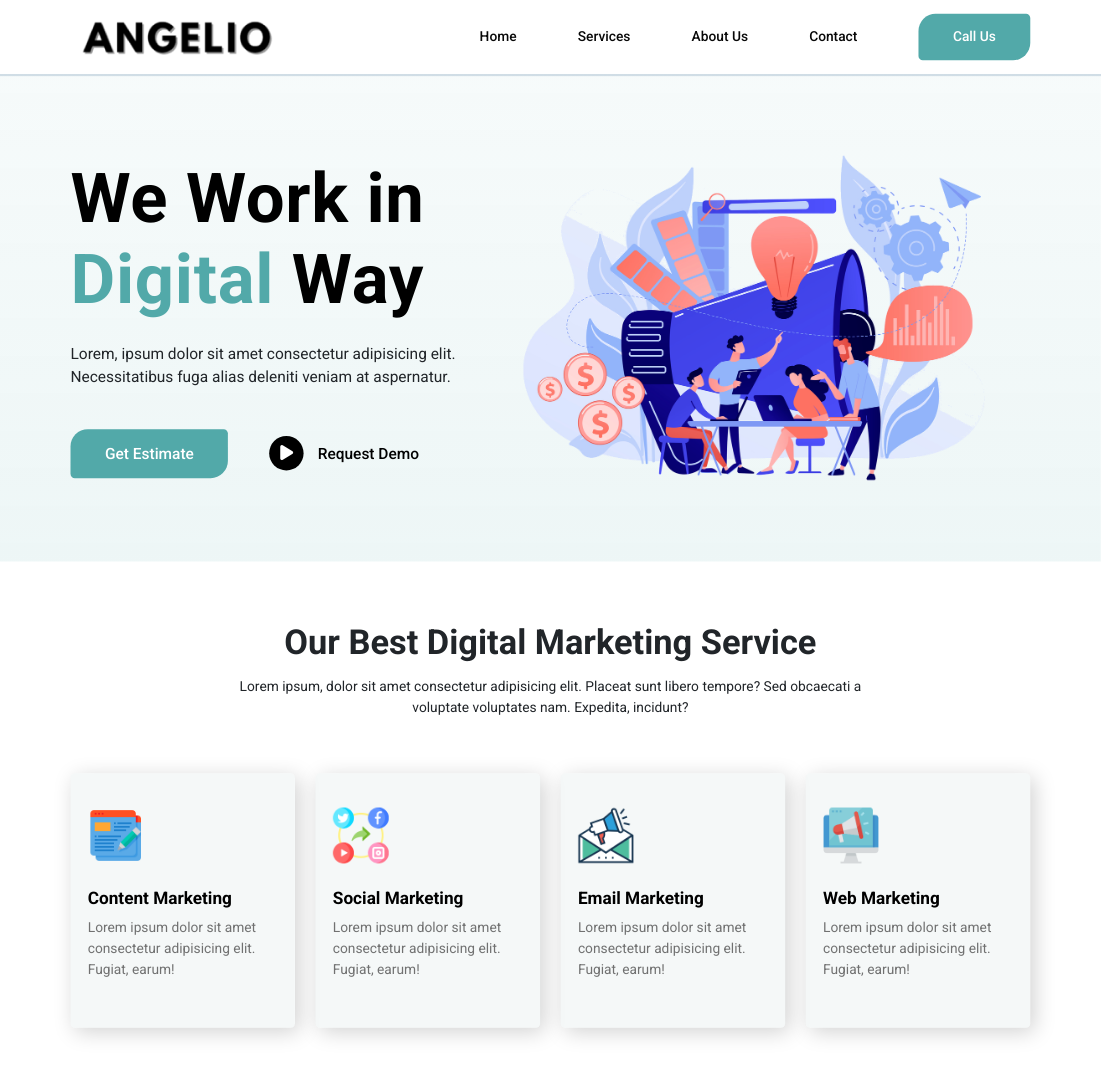
Repository: nazmulalok/landing-page-angelio
Page: index.html
The author's editor kept a copy of each file at every save. The page is drawn from the files as they stood at one save, then again after the next save.
The browser window is 1280 px wide. The pictures show the whole page, at 86% of full size.

Above is the page before, as saved 2022-09-11 00:12:41.

After the next save:
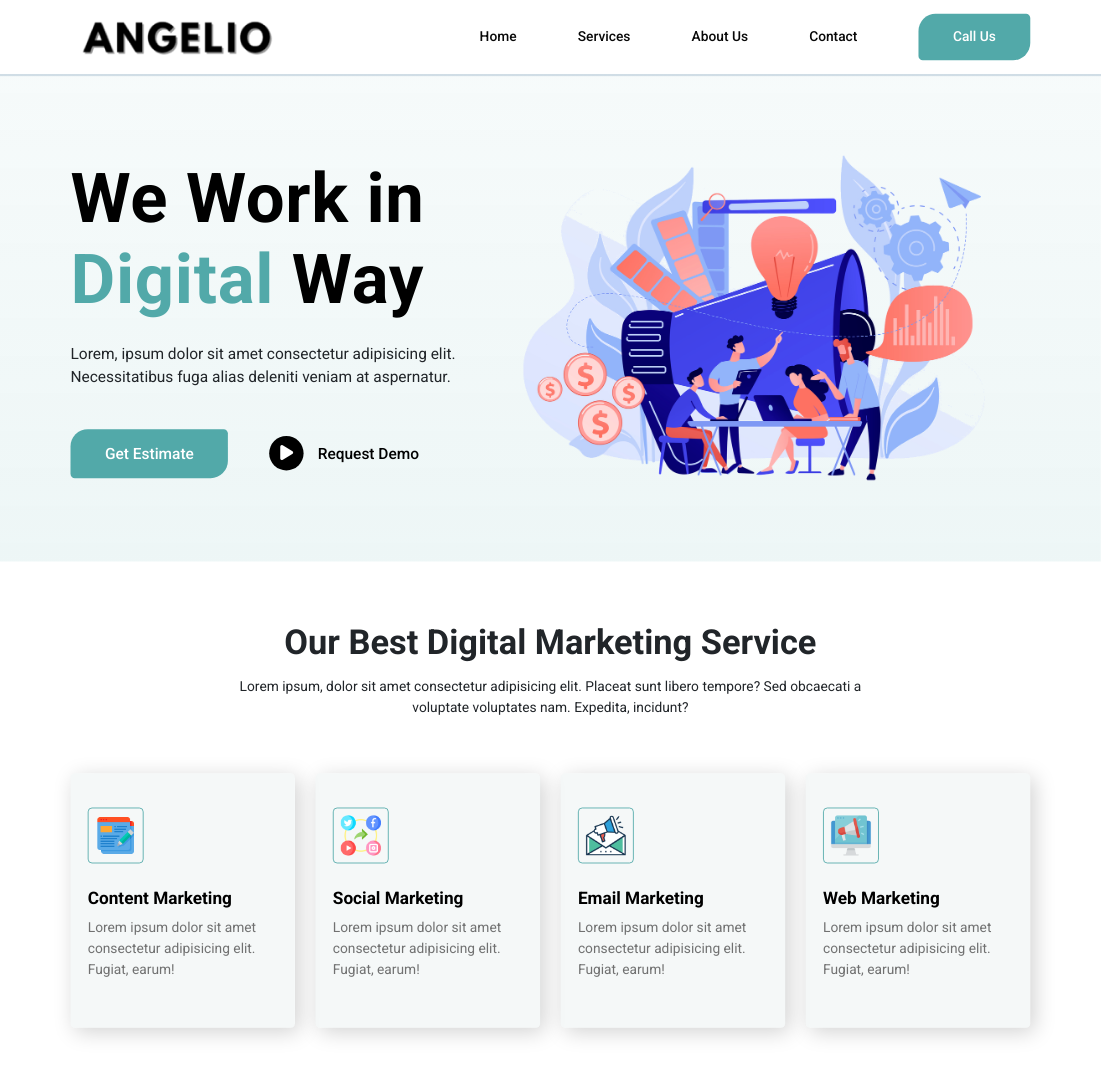
Saved 33 min 21 s later.
--- a/style.css
+++ b/style.css
@@ -192,6 +192,9 @@ h6 {
 
 .service-box .service-icon img {
     width: 65px;
+    padding: 8px;
+    border: 1px solid #52a9a9;
+    border-radius: 5px;
 }
 
 .service-box .service-content a {
